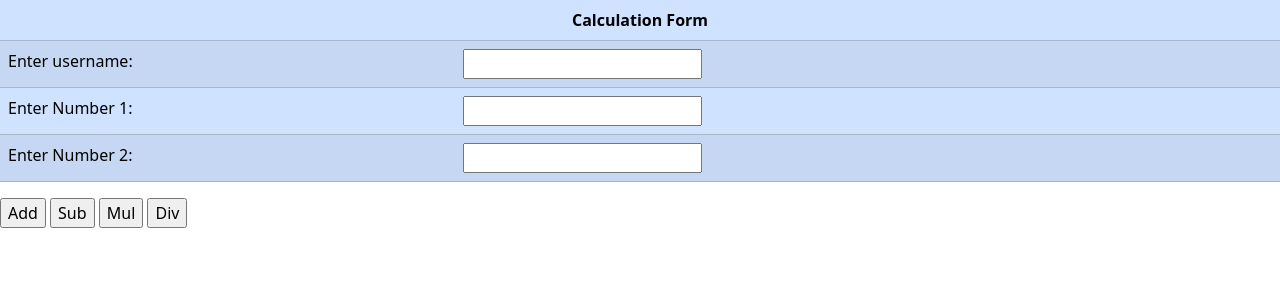
Repository: nyeinsu4520/coursera-test
Page: http://localhost/J2P_J2EE/calculation_form.jsp
An editor plug-in stored every save of this project. The page is shown before and after the next save, followed by the edit.
The browser window is 1280 px wide. The pictures show the whole page.
The page is served by Tomcat 9.

Above is the page before, as saved 2024-05-26 12:30:25.

### J2P_J2EE/src/main/webapp/calculation_form.jsp
<%@ page language="java" contentType="text/html; charset=ISO-8859-1"
    pageEncoding="ISO-8859-1"%>
<!DOCTYPE html>
<html>
<head>
<meta charset="ISO-8859-1">
<title>Calculation Form</title>
<link href="https://cdn.jsdelivr.net/npm/bootstrap@5.3.3/dist/css/bootstrap.min.css" rel="stylesheet" integrity="sha384-QWTKZyjpPEjISv5WaRU9OFeRpok6YctnYmDr5pNlyT2bRjXh0JMhjY6hW+ALEwIH" crossorigin="anonymous">
<script src="https://cdn.jsdelivr.net/npm/bootstrap@5.3.3/dist/js/bootstrap.bundle.min.js" integrity="sha384-YvpcrYf0tY3lHB60NNkmXc5s9fDVZLESaAA55NDzOxhy9GkcIdslK1eN7N6jIeHz" crossorigin="anonymous"></script>
</head>
<body class="">
	<form action="" method="post">
	<table class="table table-primary table-striped">

  	<thead>
  		<th colspan=2 style="text-align:center">Calculation Form</th>
  	</thead>
  	<tbody>
  	<tr>
  		<td>Enter username: </td>
  		<td><input type="text" name="uname"></td>
  	</tr>
  	<tr>
  		<td>Enter Number 1: </td>
  		<td><input type="text" name="num1"></td>
  	</tr>
  	<tr>
  		<td>Enter Number 2: </td>
  		<td><input type="text" name="num2"></td>
  	</tr>
  	</tbody>
	</table>
	<input type="submit" value="Add">
	<input type="submit" value="Sub">
	<input type="submit" value="Mul">
	<input type="submit" value="Div">
	</form>
</body>
</html>

After the next save:
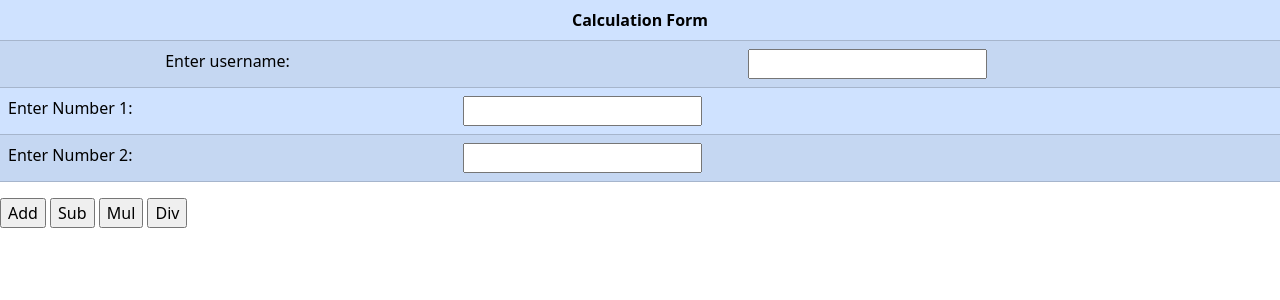
Saved 17 s later.
--- a/J2P_J2EE/src/main/webapp/calculation_form.jsp
+++ b/J2P_J2EE/src/main/webapp/calculation_form.jsp
@@ -16,7 +16,7 @@
   		<th colspan=2 style="text-align:center">Calculation Form</th>
   	</thead>
   	<tbody>
-  	<tr>
+  	<tr style="text-align:center;color:white" >
   		<td>Enter username: </td>
   		<td><input type="text" name="uname"></td>
   	</tr>
